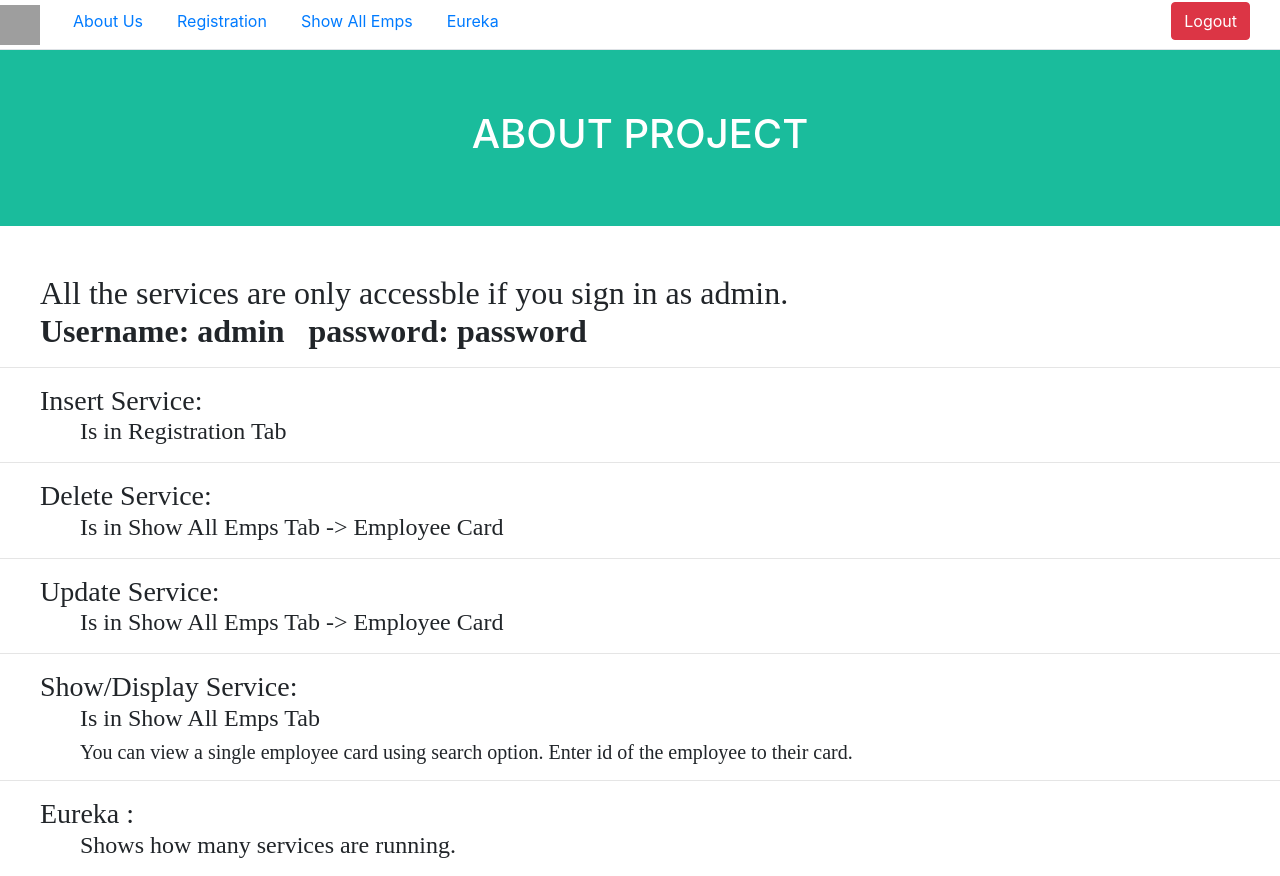
Repository: Shwetank-Chaudhary/EmployeeManagement-
Page: HomePage/src/main/webapp/AboutUs.html
The author's editor kept a copy of each file at every save. The page is drawn from the files as they stood at one save, then again after the next save.
The browser window is 1280 px wide. The pictures show the whole page.
Pictures or frames that could not be fetched are drawn as grey boxes.

Above is the page before, as saved 2024-01-01 17:25:17.

After the next save:
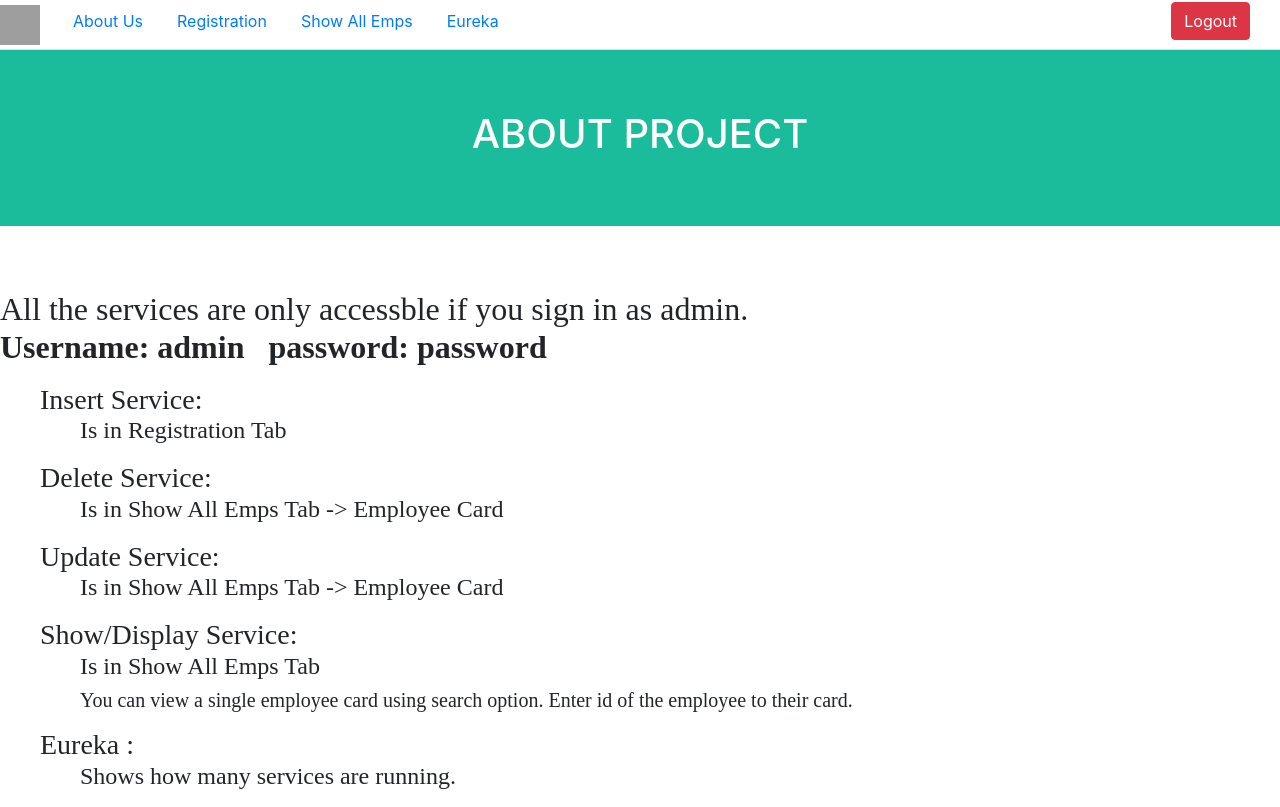
Saved 35 s later.
--- a/HomePage/src/main/webapp/AboutUs.html
+++ b/HomePage/src/main/webapp/AboutUs.html
@@ -58,30 +58,29 @@
 		<h1>ABOUT PROJECT</h1>
 	</div>
 	<div class="content"><br><br>
-		<ul><h2>All the services are only accessble if you sign in as admin.<br>
-		<b>Username: admin &nbsp; password: password</b></h2></ul>
-		<hr>
+		<p><h2>All the services are only accessble if you sign in as admin.<br>
+		<b>Username: admin &nbsp; password: password</b></h2></p>
 		<h3>
 			<ul>Insert Service:
 			<h4><ul>Is in Registration Tab</ul></h4>
 		</h3>
-		<hr>
+
 		<h3>
 			<ul>Delete Service:
 			<h4><ul>Is in Show All Emps Tab -> Employee Card</ul></h4>
 		</h3>
-		<hr>
+
 		<h3>
 			<ul>Update Service:
 			<h4><ul>Is in Show All Emps Tab -> Employee Card</ul></h4>
 		</h3>
-		<hr>
+
 		<h3>
 			<ul>Show/Display Service:
 			<h4><ul>Is in Show All Emps Tab </ul></h4>
 			<h5><ul>You can view a single employee card using search option. Enter id of the employee to their card.</ul></h5>
 		</h3>
-		<hr>
+
 		<h3>
 			<ul>Eureka :
 			<h4><ul>Shows how many services are running.</ul></h4>
